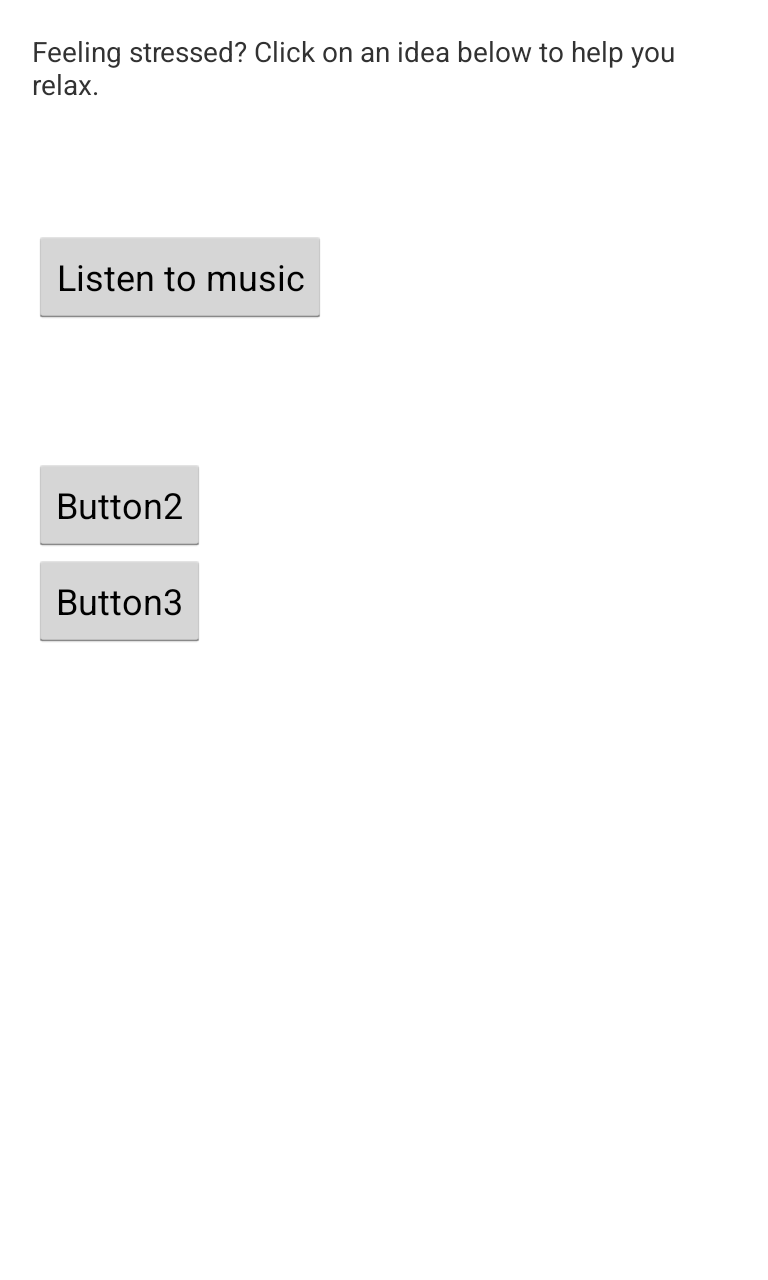
Repository: LSummers33/Apps101
Layout: Self-Care/res/layout/activity_main.xml
These files come from the project's save history. The layout is drawn as it stood at one moment and after the next save; the edit follows.
It is drawn on a 768 x 1280 px phone screen (xhdpi) without system bars, with theme AppTheme; the app's code is not run.

Above is the layout before, as saved 2014-01-26 20:53:02.

After the next save:
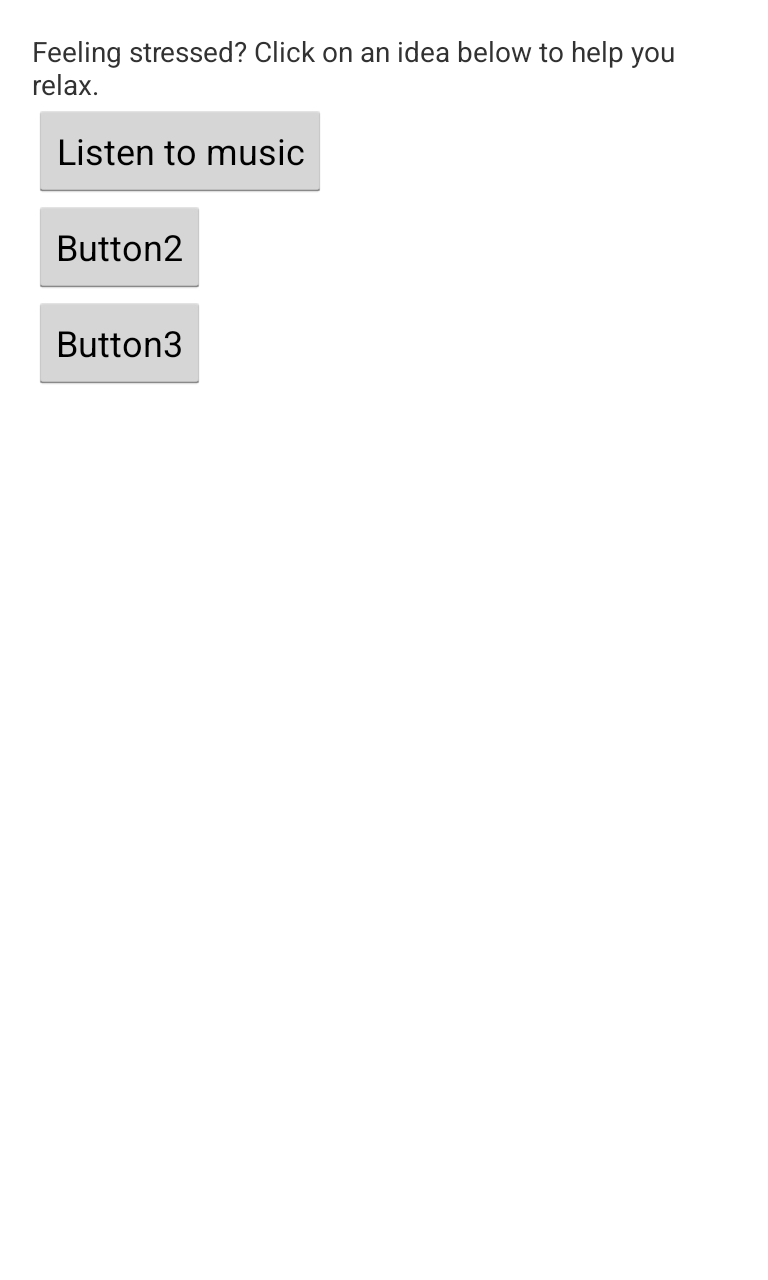
Saved 2 min 18 s later.
--- a/Self-Care/res/layout/activity_main.xml
+++ b/Self-Care/res/layout/activity_main.xml
@@ -19,7 +19,6 @@
         android:id="@+id/button1"
         android:layout_width="wrap_content"
         android:layout_height="wrap_content"
-        android:layout_marginTop="63dp"
         android:onClick="listen"
         android:text="@string/button1" />
 
@@ -27,14 +26,12 @@
         android:id="@+id/button2"
         android:layout_width="wrap_content"
         android:layout_height="wrap_content"
-        android:layout_marginTop="66dp"
         android:text="@string/button2" />
 
     <Button
         android:id="@+id/button3"
         android:layout_width="wrap_content"
         android:layout_height="wrap_content"
-        android:layout_marginBottom="42dp"
         android:text="@string/button3" />
 
 </LinearLayout>
